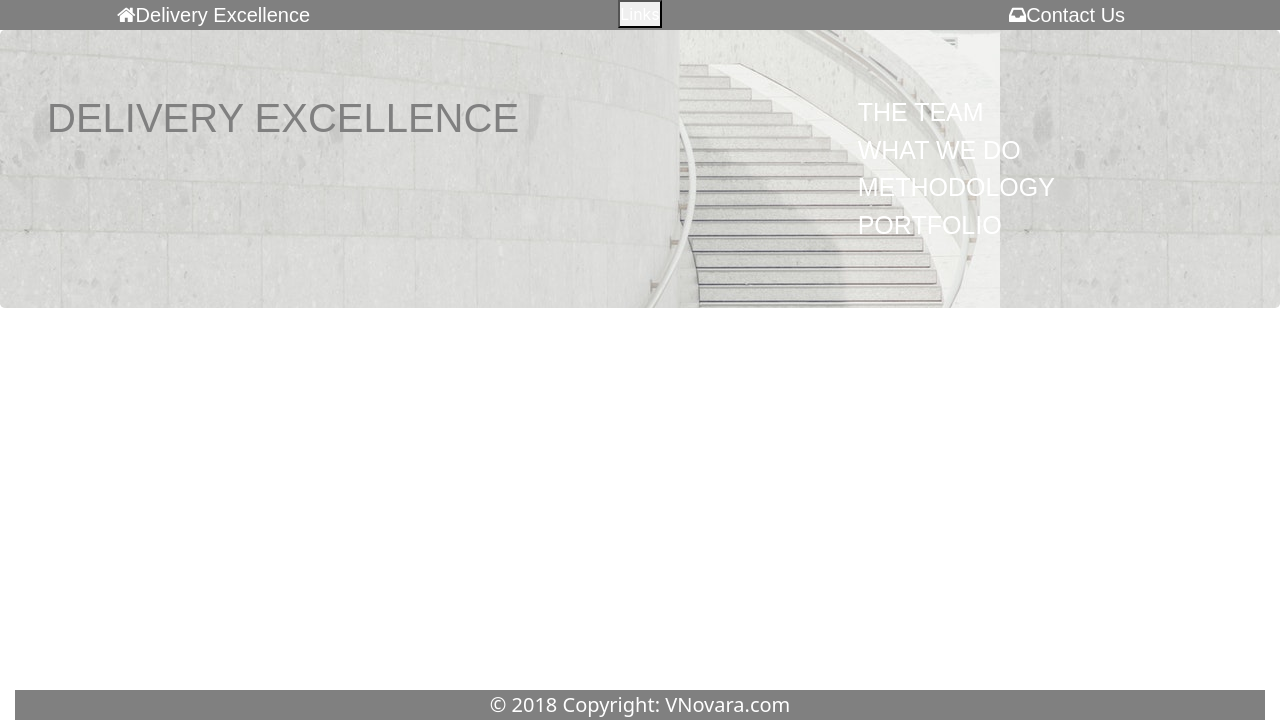
Repository: valenovi76/DeliveryExcellence
Page: index.html
The author's editor kept a record of every edit. The page is drawn from the files as they stood at one moment, then again after the next edit.
The browser window is 1280 px wide. The pictures show the whole page.

Above is the page before.

### index.html
<!DOCTYPE html>
<html lang="en">
<head>
    <meta charset="UTF-8">
    <meta name="viewport" content="width=device-width, initial-scale=1.0">
    <meta http-equiv="X-UA-Compatible" content="ie=edge">
    <link rel="stylesheet" href="https://stackpath.bootstrapcdn.com/bootstrap/4.3.1/css/bootstrap.min.css" integrity="sha384-ggOyR0iXCbMQv3Xipma34MD+dH/1fQ784/j6cY/iJTQUOhcWr7x9JvoRxT2MZw1T" crossorigin="anonymous">
    <link rel="stylesheet" href="https://stackpath.bootstrapcdn.com/font-awesome/4.7.0/css/font-awesome.min.css" type="text/css" />
    <link rel="stylesheet" href="https://cdnjs.cloudflare.com/ajax/libs/hover.css/2.3.1/css/hover-min.css" type="text/css" />
    <link rel="stylesheet" href="./assets/style.css" type="text/css" />
    <title>Document</title>
</head>
<body>
    <header>
        <div class="container-fluid">
            <div class= "row">
                <div class="col-sm home">
                    <a href="index.html" class="hvr-sweep-to-bottom"><i class="fa fa-home" aria-hidden="true"></i><span>Delivery Excellence</span></a>
                </div>

                <div class="col-sm links">
                    <div class="dropdown">
                      <button class="dropbtn">Links</button>
                          <div class="dropdown-content">
                            <a href="#">Link 1</a>
                            <a href="#">Link 2</a>
                            <a href="#">Link 3</a>
                          </div>
                    </div>
                </div>

                <div class="col-sm contact">
                    <a href="#" class="hvr-sweep-to-bottom"><i class="fa fa-inbox" aria-hidden="true"></i><span>Contact Us</span></a>
                </div>

            </div>
        </div>
    </header>
    <section>

         <!-- Parallax 1-->


      <div class="jumbotron paral paralsec1">
          <div class="container-fluid">
              <div class="row">
                  <div class="col-8">
                      <h1 class "main_title">Delivery Excellence</h1>
                  </div>

                  <div class="col-4">
                          <nav class="nav flex-column" "text-justify">
    					  <a class="nav-link-who-we-are" href="who_we_are.html" target="_blank"><span>The team</span></a>
    					  <a class="nav-link-what-we-do" href="what_we_do.html" target="_blank"><span>What we do</span></a>
    					  <a class="nav-link-how-we-do-it" href="how_we_do_it.html" target="_blank"><span>Methodology</span></a>
    					  <a class="nav-link-portfolio" href="portfolio.html" target="_blank"><span>Portfolio</span></a>
                      </nav>
                  </div>
              </div>
          </div>
      </div>




    </section>

    <footer class="container-fluid font-small blue fixed-bottom">
                <div class="footer-copyright">
                    <a href="https://mdbootstrap.com/education/bootstrap/"> © 2018 Copyright: VNovara.com</a>
                </div>
    </footer>



</body>
</html>

### assets/style.css
/*----------------------------Header-----------------------*/

header{
    background-color:grey;
}
.col-sm {
    text-align:center;
}

header a{
    font-family: "Fjalla Ona", sans-serif;
    font-weight: 100;
    font-size: 20px;
    color:white;
    text-align: center;
}

 heaeder a:hover {
  color: grey;
  text-decoration: none;
 }

.fa-grip-lines {
    color:#fafafa;
}


 .dropbtn {
  display: inline-block;
  color: white;
  text-align:left;
  padding:0px;
  text-decoration: none;
}

li a:hover, .dropdown:hover .dropbtn {
  background-color: red;
}

li.dropdown {
  display: inline-block;
}

.dropdown-content {
  display: none;
  position: absolute;
  background-color: #f9f9f9;
  min-width: 160px;
  box-shadow: 0px 8px 16px 0px rgba(0,0,0,0.2);
  z-index: 1;
}

.dropdown-content a {
  color: black;
  padding: 12px 16px;
  text-decoration: none;
  display: block;
  text-align: left;
}

.dropdown-content a:hover {background-color: #f1f1f1;}

.dropdown:hover .dropdown-content {
  display: block;
}

/*----------------------------navbar-----------------------*/
nav a {
    font-family: "Fjalla Ona", sans-serif;
    font-weight: 100;
    font-size: 25px;
    color:white;
    text-transform:uppercase;
    text-align: left;

}
 nav a:hover {
  color: grey;
  text-decoration: none;
 }


/*----------------------------Footer-----------------------*/
.container-fluid{
    margin-left: 0;
    margin-right:0;
}
.footer-copyright{
    background-color: grey;
    text-align: center;
}

.footer-copyright a {
    font-family:"Noto sans", sans-serif;
    font-weight:100;
    font-size:20px;
    color:white;
}

/*----------------------------Parallax1-----------------------*/

.paralsec1{
    background-image: url("../assets/Stairs.jpg");
    font-family: "Fjalla Ona", sans-serif;
    font-weight:lighter;
    text-transform: uppercase;
    font-size: 300px;
    color:grey;

}

After the next edit:
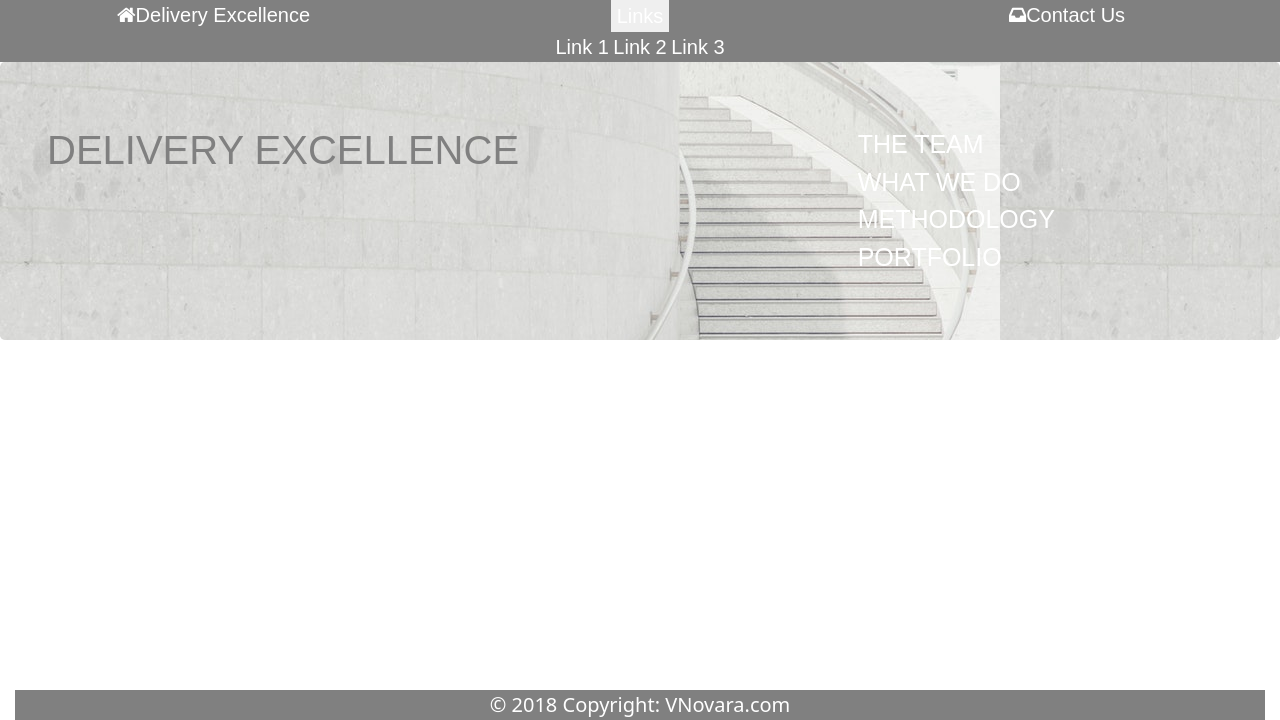
The edit:
--- a/assets/style.css
+++ b/assets/style.css
@@ -25,44 +25,16 @@
 }
 
 
- .dropbtn {
-  display: inline-block;
-  color: white;
-  text-align:left;
-  padding:0px;
-  text-decoration: none;
+ /* Dropdown Button */
+.dropbtn {
+  font-family: "Fjalla Ona", sans-serif;
+    font-weight: 100;
+    font-size: 20px;
+    color:white;
+    text-align: center;
+  border: none;
 }
 
-li a:hover, .dropdown:hover .dropbtn {
-  background-color: red;
-}
-
-li.dropdown {
-  display: inline-block;
-}
-
-.dropdown-content {
-  display: none;
-  position: absolute;
-  background-color: #f9f9f9;
-  min-width: 160px;
-  box-shadow: 0px 8px 16px 0px rgba(0,0,0,0.2);
-  z-index: 1;
-}
-
-.dropdown-content a {
-  color: black;
-  padding: 12px 16px;
-  text-decoration: none;
-  display: block;
-  text-align: left;
-}
-
-.dropdown-content a:hover {background-color: #f1f1f1;}
-
-.dropdown:hover .dropdown-content {
-  display: block;
-}
 
 /*----------------------------navbar-----------------------*/
 nav a {
